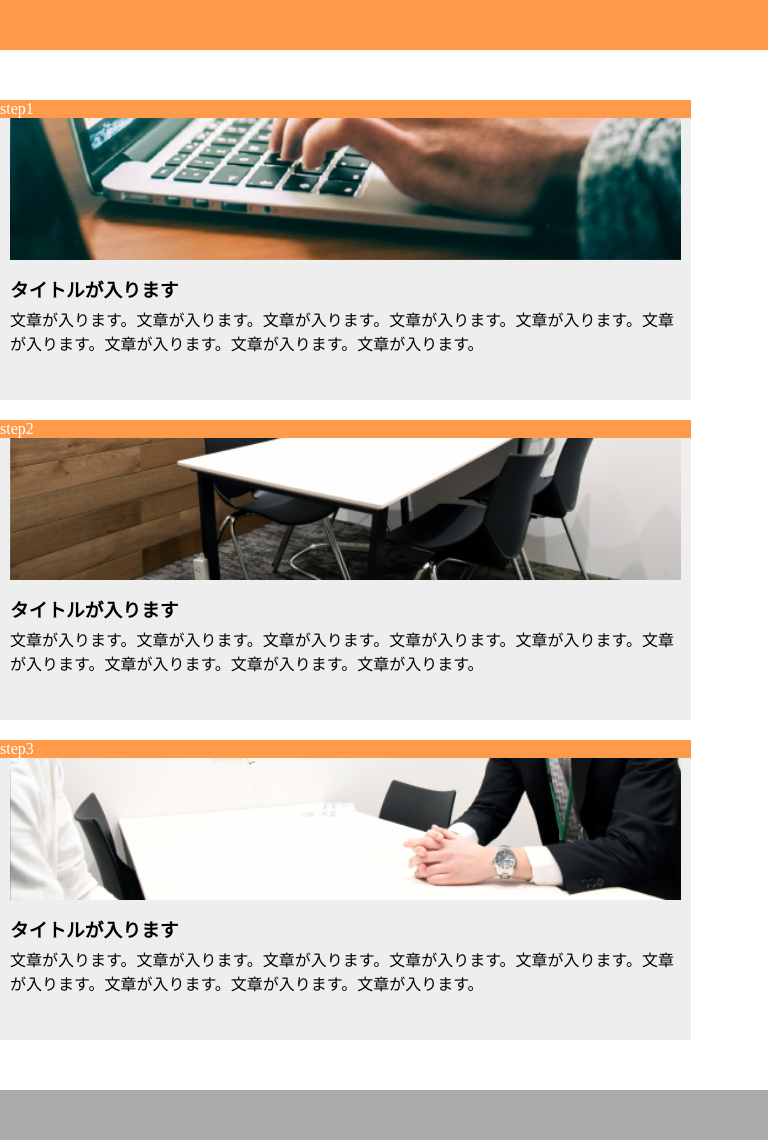
Repository: ebiten1205/kadai.html
Page: kadai 1/sample.html
The author's editor kept a record of every edit. The page is drawn from the files as they stood at one moment, then again after the next edit.
The browser window is 768 px wide. The pictures show the whole page.

Above is the page before.

### kadai 1/sample.html
<!DOCTYPE html>
<html lang="ja">
  <head>
    <meta charset="UTF-8">
    <meta name="viewport" content="width=device-width,initial-scale=1.0">
    <title>9章演習</title>
    <link rel="stylesheet" href="style.css">
  </head>
  <body>
    <header></header>
    <main>
      <div class="step-box">
        <div class="step-img1"></div>
        <span class="step-num">step1</span>
        <h3 class="title">タイトルが入ります</h3>
        <p class="text">
          文章が入ります。文章が入ります。文章が入ります。文章が入ります。文章が入ります。文章が入ります。文章が入ります。文章が入ります。文章が入ります。
        </p>
      </div>

      <div class="step-box">
        <div class="step-img2"></div>
        <span class="step-num">step2</span>
        <h3 class="title">タイトルが入ります</h3>
        <p class="text">
          文章が入ります。文章が入ります。文章が入ります。文章が入ります。文章が入ります。文章が入ります。文章が入ります。文章が入ります。文章が入ります。
        </p>
      </div>

      <div class="step-box">
        <div class="step-img3"></div>
        <span class="step-num">step3</span>
        <h3 class="title">タイトルが入ります</h3>
        <p class="text">
          文章が入ります。文章が入ります。文章が入ります。文章が入ります。文章が入ります。文章が入ります。文章が入ります。文章が入ります。文章が入ります。
        </p>
      </div>
    </main>
    <footer></footer>


</body></html>

### kadai 1/style.css
* {
  box-sizing: border-box;
  margin: 0;
  padding: 0;
}

header {
  height: 50px;
  background-color: #ff9a4b;
}

main {
  width: 960px;
  margin: 50px auto;
  display: flex;
}

.step-box {
  width: 300px;
  margin-right: 30px;
  padding: 10px;
  position: relative;
  background-color: #eee;
}

.step-box:last-child {
  margin-right: 0;
}

.step-img1 {
  height: 150px;
  background-image: url(img/flow01.png);
  background-position: bottom;
  background-size: cover;
}

.step-img2 {
  height: 150px;
  background-image: url(img/flow02.png);
  background-position: bottom;
  background-size: cover;
}

.step-img3 {
  height: 150px;
  background-image: url(img/flow03.png);
  background-position: bottom;
  background-size: cover;
}

.step-num {
  position: absolute;
  top: 0;
  left: 0;
  background-color: #ff9a4b;
  color: #fff;
}

.title {
  margin: 15px 0 5px;
}

footer {
  height: 50px;
  background-color: #aaa;
}

@media screen and (max-width: 768px) {
  header {
    width: 100%;
  }

  main {
    width: 100%;
    display: block;
  }

  .step-box {
    width: 90%;
    height: 300px;
    margin-bottom: 20px;
    position: relative;
    padding: 10px;
  }

  .step-img1 {
    height: 150px;
    background-size: cover;
     background-position: bottom;
  }

  .step-img2 {
    height: 150px;
    background-size: cover;
     background-position: bottom;
  }

  .step-img3 {
    height: 150px;
    background-size: cover;
    background-position: bottom;
    }

  .step-num {
    width: 100%;
  }

  .title {
    width: 100%;
  }

  footer {
    width: 100%;
  }
}

After the next edit:
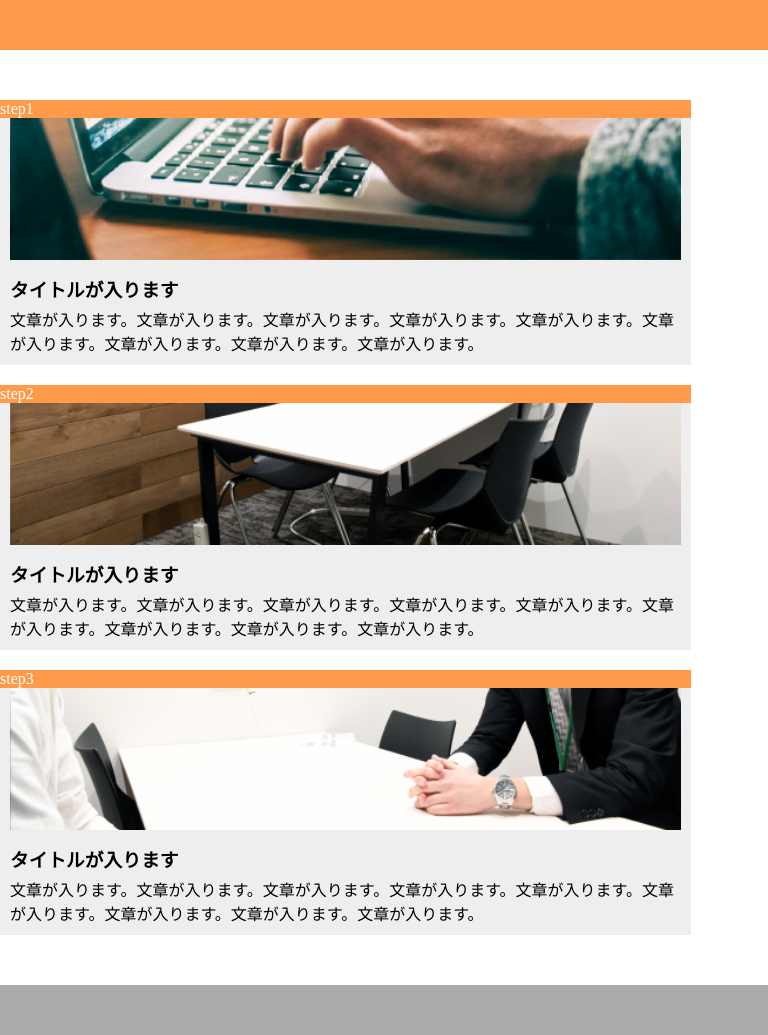
The edit:
--- a/kadai 1/style.css
+++ b/kadai 1/style.css
@@ -77,7 +77,6 @@
 
   .step-box {
     width: 90%;
-    height: 300px;
     margin-bottom: 20px;
     position: relative;
     padding: 10px;
